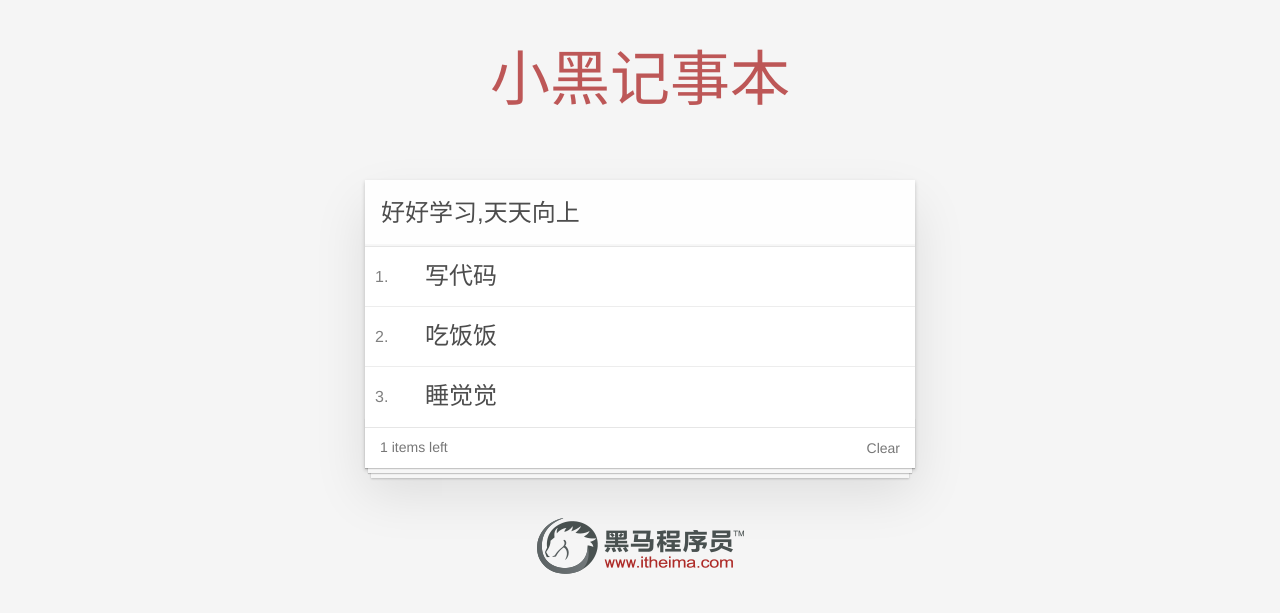
Repository: R1Deemo/Vue
Page: 快速入门Vue.js资料/04-源代码/demo-记事本/模板.html
The author's editor kept a copy of each file at every save. The page is drawn from the files as they stood at one save, then again after the next save.
The browser window is 1280 px wide. The pictures show the whole page.

Above is the page before, as saved 2022-09-19 10:04:34.

After the next save:
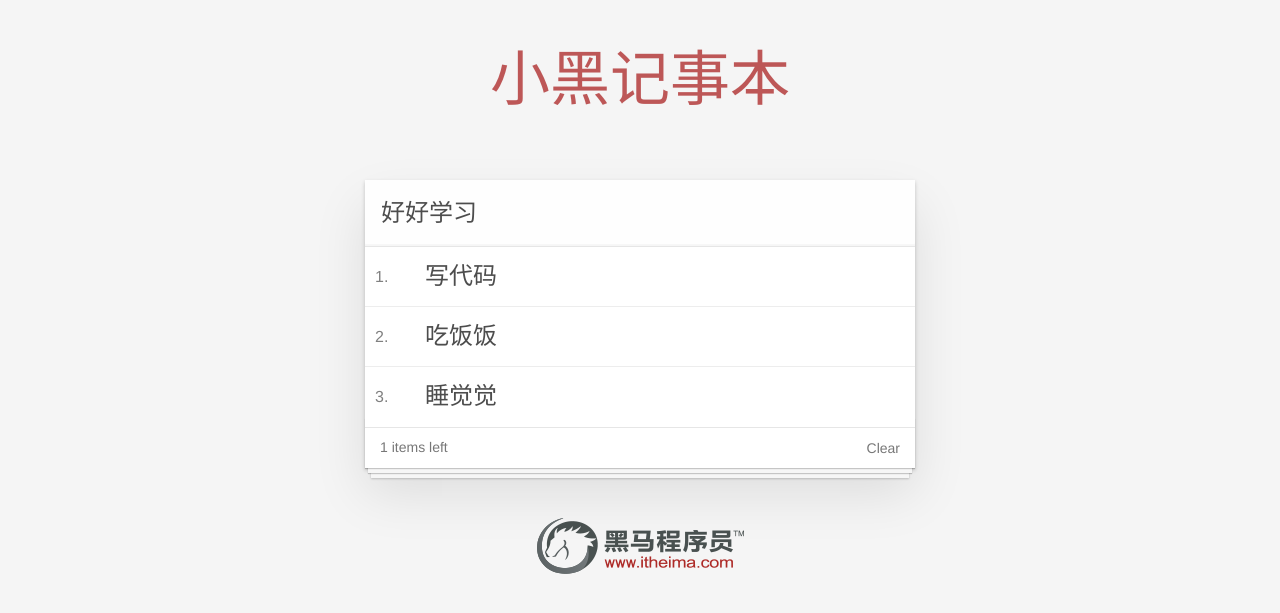
Saved 7 min 17 s later.
--- a/快速入门Vue.js资料/04-源代码/demo-记事本/模板.html
+++ b/快速入门Vue.js资料/04-源代码/demo-记事本/模板.html
@@ -1,73 +1,72 @@
 <html>
 
 <head>
-  <meta http-equiv="content-type" content="text/html; charset=UTF-8" />
-  <title>小黑记事本</title>
-  <meta http-equiv="content-type" content="text/html; charset=UTF-8" />
-  <meta name="robots" content="noindex, nofollow" />
-  <meta name="googlebot" content="noindex, nofollow" />
-  <meta name="viewport" content="width=device-width, initial-scale=1" />
-  <link rel="stylesheet" type="text/css" href="./css/index.css" />
+    <meta http-equiv="content-type" content="text/html; charset=UTF-8" />
+    <title>小黑记事本</title>
+    <meta http-equiv="content-type" content="text/html; charset=UTF-8" />
+    <meta name="robots" content="noindex, nofollow" />
+    <meta name="googlebot" content="noindex, nofollow" />
+    <meta name="viewport" content="width=device-width, initial-scale=1" />
+    <link rel="stylesheet" type="text/css" href="./css/index.css" />
 </head>
 
 <body>
-  <!-- 主体区域 -->
-  <section id="todoapp">
-    <!-- 输入框 -->
-    <header class="header">
-      <h1>小黑记事本</h1>
-      <input v-model="inputValue" @keyup.enter="add" autofocus="autofocus" autocomplete="off" placeholder="请输入任务"
-        class="new-todo" />
-    </header>
-    <!-- 列表区域 -->
-    <section class="main">
-      <ul class="todo-list">
-        <li class="todo" v-for="(item,index) in list">
-          <div class="view">
-            <span class="index">{{ index+1 }}.</span>
-            <label>{{ item }}</label>
-            <button class="destroy" @click="remove(index)"></button>
-          </div>
-        </li>
-      </ul>
-    </section>
-    <!-- 统计和清空 -->
-    <footer class="footer" >
-      <span class="todo-count">
+    <!-- 主体区域 -->
+    <section id="todoapp">
+        <!-- 输入框 -->
+        <header class="header">
+            <h1>小黑记事本</h1>
+            <input v-model="inputValue" @keyup.enter="add" autofocus="autofocus" autocomplete="off" placeholder="请输入任务" class="new-todo" />
+        </header>
+        <!-- 列表区域 -->
+        <section class="main">
+            <ul class="todo-list">
+                <li class="todo" v-for="(item,index) in list">
+                    <div class="view">
+                        <span class="index">{{ index+1 }}.</span>
+                        <label>{{ item }}</label>
+                        <button class="destroy" @click="remove(index)"></button>
+                    </div>
+                </li>
+            </ul>
+        </section>
+        <!-- 统计和清空 -->
+        <footer class="footer">
+            <span class="todo-count">
         <strong>1</strong> items left
       </span>
-      <button class="clear-completed">
+            <button class="clear-completed">
         Clear
       </button>
+        </footer>
+    </section>
+    <!-- 底部 -->
+    <footer class="info">
+        <p>
+            <a href="http://www.itheima.com/"><img src="./img/black.png" alt="" /></a>
+        </p>
     </footer>
-  </section>
-  <!-- 底部 -->
-  <footer class="info">
-    <p>
-      <a href="http://www.itheima.com/"><img src="./img/black.png" alt="" /></a>
-    </p>
-  </footer>
-  <!-- 开发环境版本，包含了有帮助的命令行警告 -->
-  <script src="https://cdn.jsdelivr.net/npm/vue/dist/vue.js"></script>
-  <script>
-    var app = new Vue({
-      el: "#todoapp",
-      data: {
-        list: ["写代码", "吃饭饭", "睡觉觉"],
-        inputValue: "好好学习,天天向上"
-      },
-      methods: {
-        add: function () {
-          this.list.push(this.inputValue);
-        },
-        remove:function(index){
-          console.log("删除");
-          console.log(index);
-          this.list.splice(index,1);
-        }
-      },
-    })
-  </script>
+    <!-- 开发环境版本，包含了有帮助的命令行警告 -->
+    <script src="https://cdn.jsdelivr.net/npm/vue/dist/vue.js"></script>
+    <script>
+        var app = new Vue({
+            el: "#todoapp",
+            data: {
+                list: ["写代码", "吃饭饭", "睡觉觉"],
+                inputValue: "好好学习"
+            },
+            methods: {
+                add: function() {
+                    this.list.push(this.inputValue);
+                },
+                remove: function(index) {
+                    console.log("删除");
+                    console.log(index);
+                    this.list.splice(index, 1);
+                }
+            },
+        })
+    </script>
 </body>
 
 </html>
